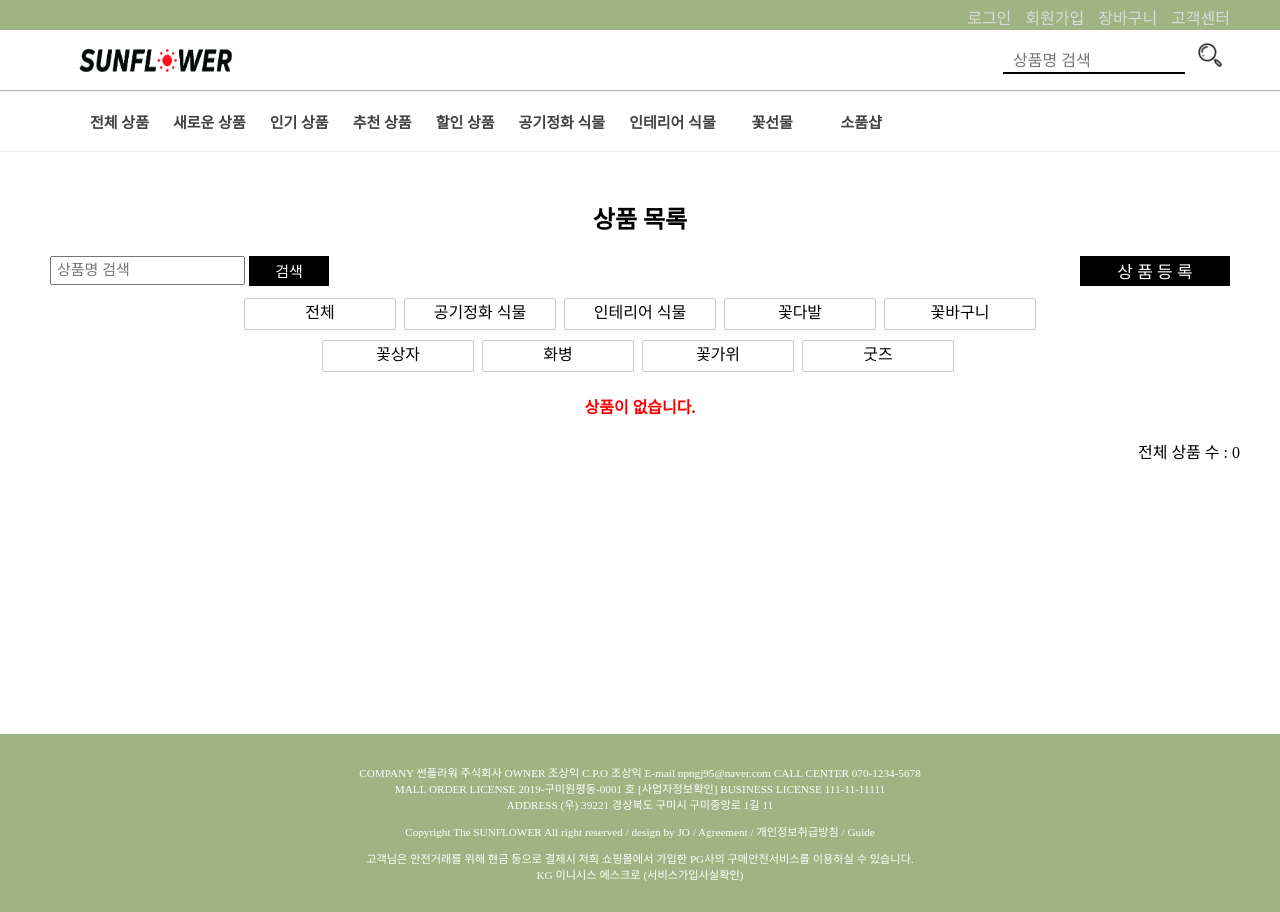
Repository: Jo-Sang-Ik/JSP_hompage
Page: http://localhost/home/product/product_list.jsp?category=11
The author's editor kept a copy of each file at every save. The page is drawn from the files as they stood at one save, then again after the next save.
The browser window is 1280 px wide. The pictures show the whole page.
Some web fonts or font styles are not loaded; a fallback is used. The page is served by Tomcat 9. Other server files are loaded and not shown. Queries for data that is not in the repository find no rows.

Above is the page before, as saved 2020-05-06 02:00:13.

### workspace/home/WebContent/product/product_list.jsp
<%@ page language="java" contentType="text/html; charset=UTF-8"
    pageEncoding="UTF-8"%>
<%@page import="com.plantshop.product.*"%>
<%@ page import="java.sql.*, java.util.*, java.text.*" %>
<!DOCTYPE html>
<html>
<head>
<meta charset="utf-8">
<title>언제나 함께 썬플라워</title>
<script src="https://cdnjs.cloudflare.com/ajax/libs/jquery/3.5.0/jquery.min.js"></script>

<link href="./css/product_main.css" rel="stylesheet">
<link href="./css/product_list.css" rel="stylesheet">
</head>
<body>
<%
request.setCharacterEncoding("utf-8");

//검색 처리 부분
String condition = ""; // 조건식의 초기값은 공백값으로 설정
String pname = "";
String category = "";

// 1. pname(상품이름)으로 검색
if(request.getParameter("pname") != null && !request.getParameter("pname").equals("")) {
	pname = request.getParameter("pname");
	condition = " where pname like '%" + pname + "%' order by id";
}

// 2. category(상품분류)로 검색
if(request.getParameter("category") != null && !request.getParameter("category").equals("")) {
	category = request.getParameter("category");
	condition = " where category='" + category + "' order by id"; // 카테고리는 문자이고 정해저 있어서 =과 홀따옴표를 사용
}

String pageNum = request.getParameter("pageNum"); // 넘어오는 페이지 번호 // 넘어오다 빠질 수 있으므로 int로 받지않음.

if(pageNum == null) { // 처음페이지를 열었을 때 아무페이지도 없을 때를 위해 작성.
	pageNum = "1"; // 처음 페이지
}
%>
<div id="container">
	<%@ include file="../module/top.jsp" %>
	<section>
		<div id="content">
		   	<h2>상품 목록</h2>
		   	<div id="customer"></div>
				<form name="search_form" action="product_list.jsp" method="post">
					<table class="search_table">
						<tr class="first_row">
							<td width="50%" class="first_col">
								<input type="text" name="pname" placeholder="상품명 검색"> <input type="submit" value="검색">
							</td>
							<td width="50%" class="second_col">
								<input id="item_upload" type="button" value="상 품 등 록" onclick="location='product_write.jsp?pageNum=<%=pageNum %>&category=<%=category %>&pname=<%=pname %>'">
							</td>
						</tr>
						<tr class="second_row">
							<td colspan="2">
								<a href="product_list.jsp"><div class="category">전체</div></a>&nbsp;
								<a href="product_list.jsp?category=11"><div class="category">공기정화 식물</div></a>&nbsp;
								<a href="product_list.jsp?category=22"><div class="category">인테리어 식물</div></a>&nbsp;
								<a href="product_list.jsp?category=331"><div class="category">꽃다발</div></a>&nbsp;
								<a href="product_list.jsp?category=332"><div class="category">꽃바구니</div></a><br>
								<a href="product_list.jsp?category=333"><div class="category">꽃상자</div></a>&nbsp;
								<a href="product_list.jsp?category=441"><div class="category">화병</div></a>&nbsp;
								<a href="product_list.jsp?category=442"><div class="category">꽃가위</div></a>&nbsp;
								<a href="product_list.jsp?category=443"><div class="category">굿즈</div></a>&nbsp;
							</td>
						</tr>
					</table>
				</form>
			<%
			//페이징 처리 부분
			//페이지 - 한 화면, 로우 - 상품의 수
			int pageSize = 10; // 화면에서 표시할 상품의 갯수

			int currentPage = Integer.parseInt(pageNum); // 현재 페이지 번호
			int startRow = (currentPage - 1) * pageSize + 1; // // 현재 페이지에서 보여줄 첫번째 글 [ex. (3 - 1) * 3 + 1 = 7 ]
			int endRow = currentPage * pageSize; // 3 * 3 = 9 // 이게 맞지.
			int totalRow = 0; // 전체 글 수

			int id = 0;
			NumberFormat nf = NumberFormat.getInstance();
			String price_nf = null; // 포맷 설정한 정가 ex) 45,000
			String downprice_nf = null; // 포맷 설정한 판매가 ex) 45,000
			String stock_nf = null; // 포맷 설정한 재고량 ex) 1,111 // 1000개 이상 상품
			String category_str = null; // 상품분류가 11 -> "가구"

			Connection conn = null;
			Statement stmt = null;
			PreparedStatement pstmt = null;
			ResultSet rs = null;
			String sql = null;

			// 관리자 확인
			String pwd = request.getParameter("pwd");
			String db_pwd = "";

			// 페이징 처리 - 전체 게시물 갯수 받기
			ProductDBBean dbPro = ProductDBBean.getInstance();
			totalRow = dbPro.getProductCountCondition(condition);

			// 페이징 처리 - 몇 번부터 몇 개
			List<ProductDataBean> productList = dbPro.getProductListCondition(condition, startRow, pageSize);

			if(productList.isEmpty()) {
				out.println("<div align='center'><font color='red'><h4>상품이 없습니다.</h4></font></div>");
			} else {
				out.print("<table id='product_table'><tr>");
				out.print("<th width='4%'>번호</th>");
				out.print("<th width='10%'>상품분류</th>");
				out.print("<th width='21%'>상품명</th>");
				out.print("<th width='7%'>상품번호</th>");
				out.print("<th width='9%'>제조사</th>");
				out.print("<th width='9%'>판매시작일</th>");
				out.print("<th width='8%'>정가</th>");
				out.print("<th width='8%'>판매가</th>");
				out.print("<th width='6%'>재고량</th>");
				out.print("<th width='7%'>판매수량</th>");
				out.print("<th width='7%'>판매여부</th>");
				out.print("<th width='5%'>추천</th>");
				out.print("</tr>");

				for(int i=0; i<productList.size(); i++) {
					ProductDataBean product = productList.get(i);
					out.print("<tr>");
					out.print("<td class='center'>" + (startRow+i) + "</td>"); // 빙고 - startRow로 번호 계산
					// 상품분류가 11이라면 "가구"로 출력
					switch(product.getCategory()) { // Array 구체화를 해주지않았기 때문에 object타입으로 인식
						case "11":
							category_str = "공기정화 식물";
							break;
						case "22":
							category_str = "인테리어 식물";
							break;
						case "331":
							category_str = "꽃다발";
							break;
						case "332":
							category_str = "꽃바구니";
							break;
						case "333":
							category_str = "꽃상자";
							break;
						case "441":
							category_str = "화병";
							break;
						case "442":
							category_str = "꽃가위";
							break;
						case "443":
							category_str = "굿즈";
							break;
						default:
							category_str = "기타";
							break;
					}
					out.print("<td class='center'>" + category_str + "</td>");

					// 상품명을 클릭했을 때 상품 상세보기로 이동 - category, pname, 페이지 번호를 가지고 이동
					out.print("<td class='left'><a href='product_update.jsp?");
					out.print("pageNum=" + pageNum + "&id=" + product.getId() + "&category=" + category + "&pname=" + pname + "'>");
					out.print(product.getPname() + "</a></td>");

					out.print("<td class='center'>" + product.getId() + "</td>");
					out.print("<td class='center'>" + product.getSname() + "</td>");
					out.print("<td class='center'>" + product.getInputdate() + "</td>");

					// 정가의 포맷형식을 지정
					price_nf = nf.format(product.getPrice());
					out.print("<td class='right'>" + price_nf  + "</td>");

					// 판매가(할인가)의 포맷형식을 지정
					downprice_nf = nf.format(product.getDownprice());
					out.print("<td class='right'>" + downprice_nf  + "</td>");

					// 재고량의 포맷형식을 지정
					stock_nf = nf.format(product.getStock());
					out.print("<td class='right'>" + stock_nf + "</td>");

					// 판매수량
					out.print("<td class='right'>" + product.getSalecount() + "</td>");
					// 판매 여부
					if(product.getSelling().equals("y")) {
						out.print("<td class='center'><font color='blue'>" + product.getSelling() + "</font></td>");
					} else {
						out.print("<td class='center'><font color='red'>" + product.getSelling() + "</font></td>");
					}

					// 추천 상품
					if(product.getMditem().equals("y")){
						out.print("<td class='center'><font color='blue'>" + product.getMditem() + "</font></td>");
					} else {
						out.print("<td class='center'><font color='red'>" + product.getMditem() + "</font></td>");
					}

					out.print("</tr>");
				} // end_for
			} // end_else
			out.print("</table>");
			out.print("<div align='right'>전체 상품 수 : " + totalRow + "</div>");

			// *** 페이징 처리 ***
			out.println("<div id='paging'>");
			if(totalRow > 0) {
				// int pageCount = (totalRow - 1) / pageSize + 1;           // true : false
				int totalPage = totalRow / pageSize + (totalRow % pageSize == 0 ? 0 : 1); // 전체 페이지 수 // 직관적으로 나머지가 생기면 1을 더해주는 참 좋다~
				int startPage = 1; // 시작페이지

				int count = 10; // 표시할 페이지의 수. ex) 3이라면[1][2][3],

				if(currentPage % count != 0) { // 페이지를 보여줄 갯수
					startPage = (int)(currentPage/count)*count + 1;
				} else {
					startPage = (int)((currentPage/count)-1)*count + 1;
				}

				int endPage = startPage + count - 1; // 1, 4 // 1 + 3 - 1 = 3 // 4 + 3 - 1 = 6
				if(endPage > totalPage) endPage = totalPage;

				// 1. 이전을 눌렀을 때 1페이지씩 이전으로 이동
// 				if(currentPage > 1) {
// 					out.println("<a href='product_list.jsp?pageNum=1&category=" + category + "&pname=" + pname + "'>");
// 					out.println("<div id='pnum' class='page'>&lt&lt</div></a>");


// 					out.println("<div id='pnum' class='page'>&lt</div></a>");
// 				} else {
// 					out.println("<div id='pnum' class='page'>&lt&lt</div>");
// 					out.println("<div id='pnum' class='page'>&lt</div>");
// 				}

				// 2. 이전 페이지 유무 확인 // 이전을 눌렀을 때 count페이지(보여지는 페이지 갯수) 만큼 이전으로 이동
				if(startPage > count) { // 이전을 바꾸고 싶으면 pageNum을 혹은 cuurentPage를 3으로 나눴을때 1이면
					out.println("<a href='product_list.jsp?pageNum=1&category=" + category + "&pname=" + pname + "'>");
					out.println("<div id='pnum' class='page'>&lt&lt</div></a>");

					out.println("<a href='product_list.jsp?pageNum=" + (startPage-count) + "&category=" + category + "&pname=" + pname + "'>");
					out.println("<div id='pnum' class='page'>&lt</div></a>");
				} else {
					out.println("<div id='pnum' class='page'>&lt&lt</div>");
					out.println("<div id='pnum' class='page'>&lt</div>");
				}

				// 페이지 번호 출력
				for(int i=startPage; i<=endPage; i++) {
					if(i == currentPage) {
						out.println("<div id='pnum' class='spnum'>" + i + "</div>");
					} else {
						out.print("<a href='product_list.jsp?pageNum=" + i + "&category=" + category + "&pname=" + pname +"'>");
						out.println("<div id='pnum'>" + i + "</div></a>");
					}
				}

				// 1. 다음을 눌렀을 대 1페이지씩 다음으로 이동
// 				if(currentPage < totalPage) {
// 					out.print("<a href='product_list.jsp?pageNum=" + (currentPage+1) + "&category=" + category + "&pname=" + pname);
// 					out.println("'><div id='pnum' class='page'>&gt;</div></a>");

// 					out.print("<a href='product_list.jsp?pageNum=" + totalPage + "&category=" + category + "&pname" + pname);
// 					out.println("'><div id='pnum' class='page'>&gt;&gt;</div></a>");
// 				} else {
// 					out.println("<div id='pnum' class='page'>&gt;</div>");
// 					out.println("<div id='pnum' class='page'>&gt;&gt;</div>");
// 				}

				// 다음 페이지 유무
				// 2. 다음을 눌렀을 때 count페이지만큼 다음으로 이동
				if(endPage < totalPage) {
					out.print("<a href='product_list.jsp?pageNum=" + (startPage+count) + "&category=" + category + "&pname=" + pname + "'>");
					out.println("<div id='pnum' class='page'>&gt;</div></a>");

					out.print("<a href='product_list.jsp?pageNum=" + totalPage + "&category=" + category + "&pname" + pname);
					out.println("'><div id='pnum' class='page'>&gt;&gt;</div></a>");
				} else {
					out.println("<div id='pnum' class='page'>&gt;</div>");
					out.println("<div id='pnum' class='page'>&gt;&gt;</div>");
				}
				out.println("&nbsp;<font id='tot_pages' color='blue'>" + currentPage + "/" + totalPage + "</font>");
			}
			out.println("</div>");
			%>
		</div>
	</section>
    <%@ include file="../module/bottom.jsp" %>
</div>
</body>
</html>

### workspace/home/WebContent/module/top.jsp
<%@ page language="java" contentType="text/html; charset=UTF-8" pageEncoding="UTF-8"%>
<!DOCTYPE html>
<html>
<link rel="stylesheet" href="/sunflower/module/etc.css">
<script src="/sunflower/module/etc.js"></script>
<header>
	<div class="top_login">
<%
request.setCharacterEncoding("utf-8");

String login_name = (String)session.getAttribute("login_name");
String login_id = (String)session.getAttribute("login_id");

session.setAttribute("login_id", login_id);

if(session.getAttribute("login_id") == null) { // 로그인이 되지 않은 상태
%>
	<div id="login">
		<a href="/sunflower/member/loginForm.jsp">로그인</a>
		<a href="/sunflower/member/joinForm.jsp">회원가입</a>
		<a href="/sunflower/cart/cart_list.jsp">장바구니</a>
		<a href="/sunflower/freeboard/freeboard_list.jsp">고객센터</a>
	</div>
<%} else {%>	<!-- 로그인이 된 상태 -->
	<div id="login">
		<!-- admin이면 버튼이 나타남 -->
		<% if(login_id.equals("admin") == true) { login_name = "관리자"; %>
			<a href="/sunflower/product/product_list.jsp">관리자 모드</a>
		<% } %>
		<a><%=login_name %>님</a>
		<a href="/sunflower/member/logout.jsp">로그아웃</a>
		<a href="/sunflower/member/select.jsp">개인정보 조회</a>
		<a href="/sunflower/cart/cart_list.jsp">장바구니</a>
		<a href="/sunflower/freeboard/freeboard_list.jsp">고객센터</a>
	</div>
<%} %>
	</div>
	      <div id="total_menu">
		<div id="logo">
			<img class="imgbtn" src="/sunflower/image/logo.png" onclick="location.href='/sunflower/index.jsp'">
		</div>
		<nav id="title_menu">
			<form action="/sunflower/shop_list.jsp" method="post">
				<input type="text" id="searchPname" name="searchPname" placeholder="상품명 검색">
				<input type="image" src="/sunflower/image/search.png" height="30px">
			</form>
		</nav>
		<nav id="submenu_nav">
			<div id="submenu_item">
				<a href="/sunflower/shop_list.jsp">전체 상품</a>
				<a href="/sunflower/shop_list_item.jsp?item=new">새로운 상품</a>
				<a href="/sunflower/shop_list_item.jsp?item=best">인기 상품</a>
				<a href="/sunflower/shop_list_item.jsp?item=mditem">추천 상품</a>
				<a href="/sunflower/shop_list_item.jsp?item=sale">할인 상품</a>
				<a href="/sunflower/shop_list.jsp?category=11">공기정화 식물</a>
				<a href="/sunflower/shop_list.jsp?category=22">인테리어 식물</a>
				<div id="detail_menu" class="detail_menu1">
					<a id="detail_title" href="/sunflower/shop_list.jsp?category=33">꽃선물</a>
					<div id="detail_bar">
						<a href="/sunflower/shop_list.jsp?category=331">꽃다발</a><br>
						<a href="/sunflower/shop_list.jsp?category=332">꽃바구니</a><br>
						<a href="/sunflower/shop_list.jsp?category=333">꽃상자</a>
					</div>
				</div>
				<div id="detail_menu" class="detail_menu2">
					<a id="detail_title" href="/sunflower/shop_list.jsp?category=44">소품샵</a>
					<div id="detail_bar">
						<a href="/sunflower/shop_list.jsp?category=441">화병</a><br>
						<a href="/sunflower/shop_list.jsp?category=442">꽃가위</a><br>
						<a href="/sunflower/shop_list.jsp?category=443">굿즈</a>
					</div>
				</div>
			</div>
		</nav>
	</div>
</header>
</html>

### workspace/home/WebContent/module/bottom.jsp
<%@ page language="java" contentType="text/html; charset=UTF-8"
    pageEncoding="UTF-8"%>
<!DOCTYPE html>
<html>
<footer>
	<ul>
		<li>COMPANY 썬플라워 주식회사 OWNER 조상익 C.P.O 조상익 E-mail npngj95@naver.com CALL CENTER 070-1234-5678</li>
		<li>MALL ORDER LICENSE 2019-구미원평동-0001 호 [사업자정보확인] BUSINESS LICENSE 111-11-11111
		<li> ADDRESS (우) 39221 경상북도 구미시 구미중앙로 1길 11</li>
		<li><p>Copyright The SUNFLOWER All right reserved / design by JO /
		Agreement / 개인정보취급방침 / Guide</p></li>

		<li>고객님은 안전거래를 위해 현금 등으로 결제시 저희 쇼핑몰에서 가입한 PG사의 구매안전서비스를 이용하실 수 있습니다.</li>
		<li>KG 이니시스 에스크로 (서비스가입사실확인)</li>
	</ul>
</footer>
</html>

### workspace/home/WebContent/product/css/product_main.css
section { width: 100%; margin-top: 180px; margin-bottom: 50px; min-height: 70vh; overflow: hidden; }

### workspace/home/WebContent/product/css/product_list.css
#content { width: 1200px; margin: 0 auto;}
#content h2 { text-align: center;}
#content #customer input { width: 150px; height: 30px;
	border: none; background: black; color: white; font-weight: normal; cursor: pointer; }

#content table { width: 100%; }
#content table, th, td { border: 1px solid black; border-collapse: collapse;}
#content tr { height: 30px;}
#content th { background: lightgray;}
#content .left { text-align: left; padding-left: 10px;}
#content .center { text-align: center;}
#content .right { text-align: right; padding-right: 10px;}

/* 버튼 css  */
#content .search_table #item_upload { cursor: pointer; background: black; font-size: 17px; color: white; width: 150px; height: 30px; border: 1px solid black; }
#content .search_table #item_upload:hover { background: #404040;}

#content .search_table input[type="text"] { vertical-align:top; padding-left: 5px; height: 23px; font-size: 15px;  }
#content .search_table input[type="submit"] { cursor: pointer; width: 80px; height: 30px; background: black; color:white; border: 1px solid black; font-size: 15px;}

#content .search_table { border: hidden; margin-bottom: 20px;}
#content .search_table .first_row td { border: hidden; text-align: right; padding-right: 10px;}
#content .search_table .first_row .first_col { text-align: left; padding-left: 10px;}
#content .search_table .first_row .second_col { text-align: right; padding-right: 10px;}

#content .search_table .second_row td { text-align: center; }
#content .search_table .second_row a { text-decoration: none; color: black;}
#content .search_table .category { display: inline-block; margin-top: 10px; width: 150px; height: 30px; line-height: 28px; border: 1px solid #ccc;
	background: #fff; border-radius: 2px; }
#content .search_table .category:hover { background: black; color: white; }


#content #product_table a{ color: blue;}

#content #paging { text-align: center; }
#content #paging a { text-decoration: none; }
#content #paging a:visited { color: black;}

#content #pnum { width:40px; height:30px; background:#fff; padding:0; font-size:13px; color:#333;
	border:0; line-height:30px; border-radius:2px; -moz-border-radius:2px; -webkit-border-radius:2px;
    text-align:center; display:inline-block;}
#content #pnum:hover { background: #ddd; }
#content .spnum { background:#333 !important; color:#fff !important; }
#content .page { position:relative; height: 32px!important;font-size: 15px !important; background:#fff; border:1px solid #ccc !important; border-radius:2px; }
#content .page:hover { border:1px solid #333 !important; }
#content #tot_pages { display: inline-block;width: 50px;}

### workspace/home/WebContent/module/etc.css
@font-face { font-family: 'MapoPeacefull'; src: url('https://cdn.jsdelivr.net/gh/projectnoonnu/noonfonts_2001@1.1/MapoPeacefullA.woff') format('woff'); font-weight: normal; font-style: normal; }

* { font-family: 'MapoPeacefull';}

#container { width: 100%; }
.imgbtn { cursor: pointer;}

body { margin: 0;}

header { position: fixed; z-index: 100; width: 100%; height: 60px; padding-top: 30px; padding-left: 10px; padding-right: 10px; top: 0; left: 0; background: white; border-bottom: 1px solid #b2b2b2; }

#total_menu { width: 1150px; height: 60px; margin: 0 auto; overflow: hidden; }

.top_login { width: 100%; height: 30px; position: absolute; padding: 0 10px; background: #9fb482; top: 0; left: 0;}

.top_login #login { width: 1150px; height: 30px; position: relative; margin: 0 auto; overflow: hidden; text-align: right;}

.top_login #login a { display: inline-block; padding: 5px; text-decoration: none; color: #dbdbdb;}
.top_login #login a:hover { color: white;}

#logo { float: left; height: 30px;  padding: 15px 0;}
#logo img { width: 160px; height: 30px;  display: inline-block;}

#total_menu #title_menu { height: 60px; text-align: right;}

#title_menu #searchPname { margin-top: 20px; padding-left: 10px; font-size: 16px; width: 170px; height: 20px; border-top: hidden; border-left:hidden; border-right: hidden; border-bottom: 2px solid black; outline: none;}
#title_menu input[type="image"] { float:right; margin-top: 10px; margin-left: 10px; outline: none;}

/* 서브 메뉴  */
#submenu_nav { width: 100%; height: 50px; position: absolute; display: block; top: 91px; left: 0;
	background: white; padding: 5px; border-bottom: 1px solid rgb(237, 237, 237);}

#submenu_item { width:1150px; height: 50px; position: relative; margin: 0 auto; }
#submenu_item a { position: relative; display: inline-block ;  height: 20px; margin: 15px 10px;
	font-size: 15px; font-weight: bold; color: #424242; text-decoration: none; }
#submenu_item a:hover { border-bottom: 2px solid #00cc00; }

/* 세부 메뉴  */
#detail_menu { display: inline-block; width: 85px;}
#detail_menu #detail_title { text-align: center;  width: 65px;}
.detail_menu1:hover { background: #ffe1e9;}
.detail_menu2:hover { background: #fff3d2;}

.detail_menu1 #detail_bar { background: #ffe1e9;}
.detail_menu2 #detail_bar { background: #fff3d2;}

#detail_menu #detail_bar { top: 45px; width: 85px; position: absolute; display: none;}
#detail_menu:hover #detail_bar { display: block;}
#detail_menu:hover #detail_bar a{ margin-right: 0; padding-left: 3px; border-left: 3px solid rgb(0, 204, 0, 0); border-bottom: none;}
#detail_menu:hover #detail_bar a:hover{  border-left: 3px solid rgb(0, 204, 0, 1);}

/* 풋터 설정 */
footer { font-size: 0.7em; text-align: center; padding: 30px 0; background: #9fb482; color: white;}
footer ul { list-style: none; margin:0; padding: 0;}

Loaded but not shown: workspace/home/WebContent/module/etc.js (30 lines, source omitted); workspace/home/src/com/plantshop/product/ProductDBBean.java (335 lines, source omitted)

After the next save:
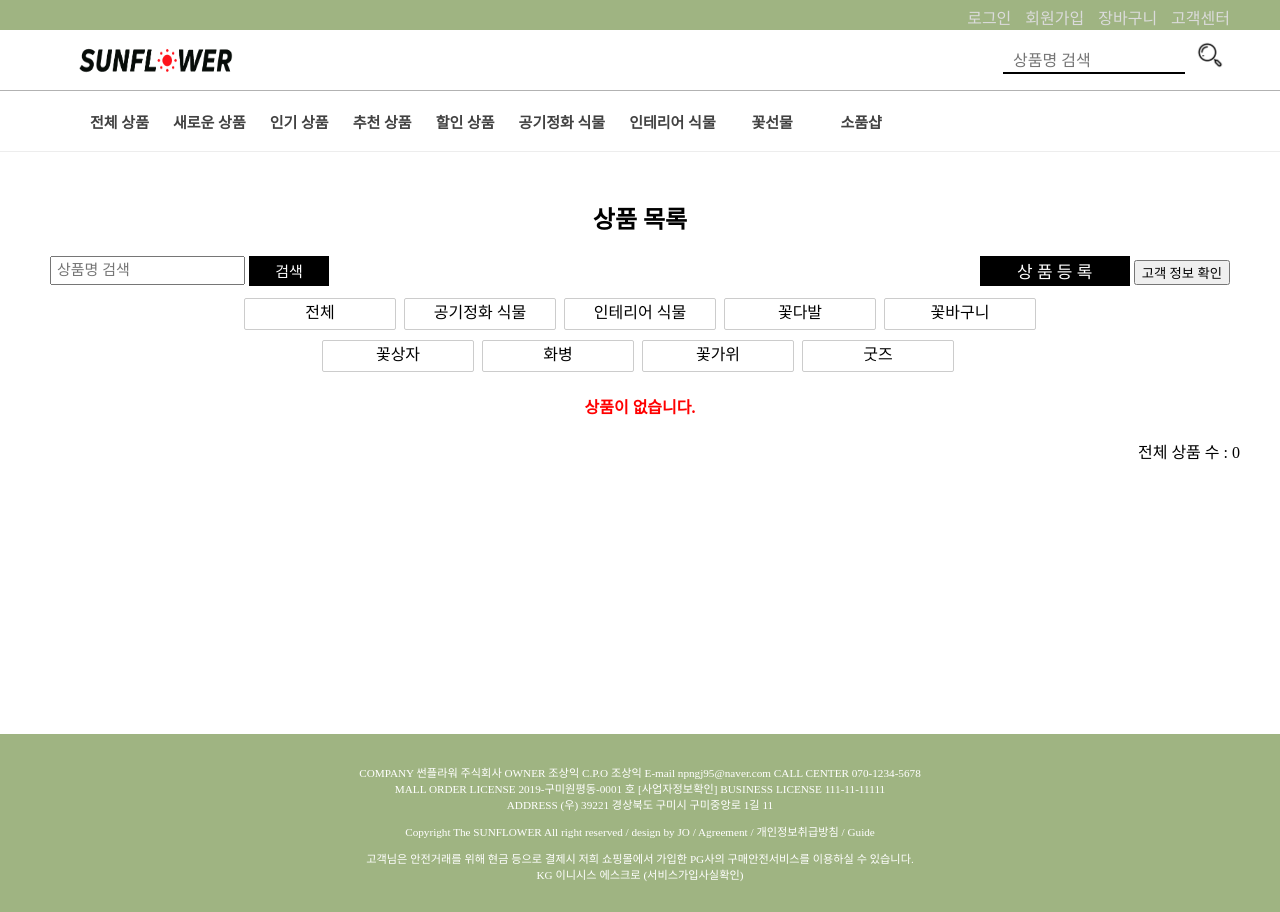
Saved 6 s later.
--- a/workspace/home/WebContent/product/product_list.jsp
+++ b/workspace/home/WebContent/product/product_list.jsp
@@ -53,6 +53,7 @@ if(pageNum == null) { // 처음페이지를 열었을 때 아무페이지도 없
 							</td>
 							<td width="50%" class="second_col">
 								<input id="item_upload" type="button" value="상 품 등 록" onclick="location='product_write.jsp?pageNum=<%=pageNum %>&category=<%=category %>&pname=<%=pname %>'">
+								<input type="button" value="고객 정보 확인" onclick="location='../member/selectAll.jsp'">
 							</td>
 						</tr>
 						<tr class="second_row">
